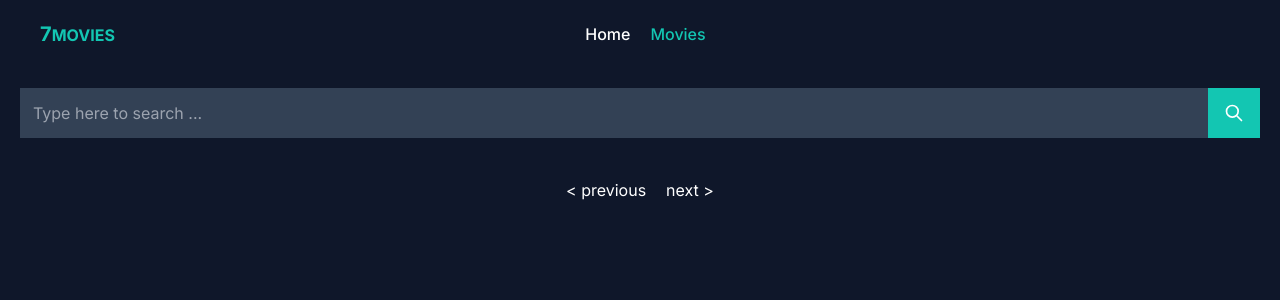
Repository: ajincome26/trailer-movies
Page: /movies
These files come from the project's save history. The page is drawn as it stood at one moment and after the next save; the edit follows.
The browser window is 1280 px wide. The pictures show the whole page.
The page's requests for data from a server got no answer. The project was rebuilt for these pictures with package versions that can differ from the ones it lists, and the page was loaded fresh each time. No one was signed in, and anything a server would have sent is missing. Also part of the build but not shown: vite.config.js, src/components/banner/BannerItem.jsx, src/components/banner/Banner.jsx, src/components/movie/MovieCard.jsx, src/components/movie/MovieList.jsx, src/pages/HomePage.jsx, src/pages/MovieDetailsPage.jsx.

Above is the page before, as saved 2023-04-01 22:55:39.

After the next save:
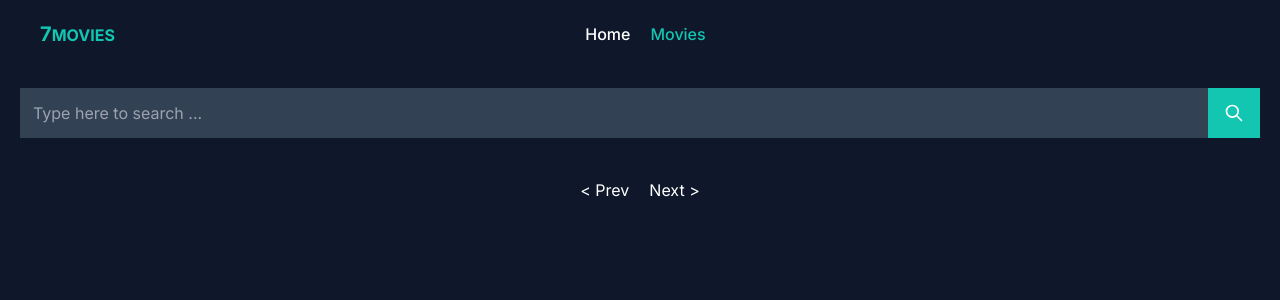
Saved 4 min 46 s later.
--- a/src/pages/MoviePage.jsx
+++ b/src/pages/MoviePage.jsx
@@ -75,11 +75,11 @@ const MoviePage = () => {
       )}
       <ReactPaginate
         breakLabel="..."
-        nextLabel="next >"
+        nextLabel="Next >"
         onPageChange={handlePageClick}
         pageRangeDisplayed={5}
         pageCount={pageCount}
-        previousLabel="< previous"
+        previousLabel="< Prev"
         renderOnZeroPageCount={null}
         className="pagination flex justify-center items-center gap-5"
       />
